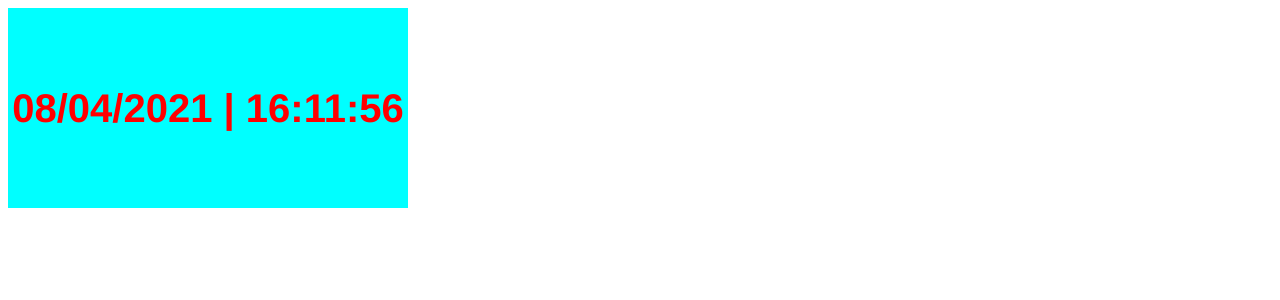
Repository: Widzisz/zadania-JavaScript
Page: www/index.html
An editor plug-in stored every save of this project. The page is shown before and after the next save, followed by the edit.
The browser window is 1280 px wide. The pictures show the whole page.

Above is the page before, as saved 2021-04-08 18:32:22.

After the next save:
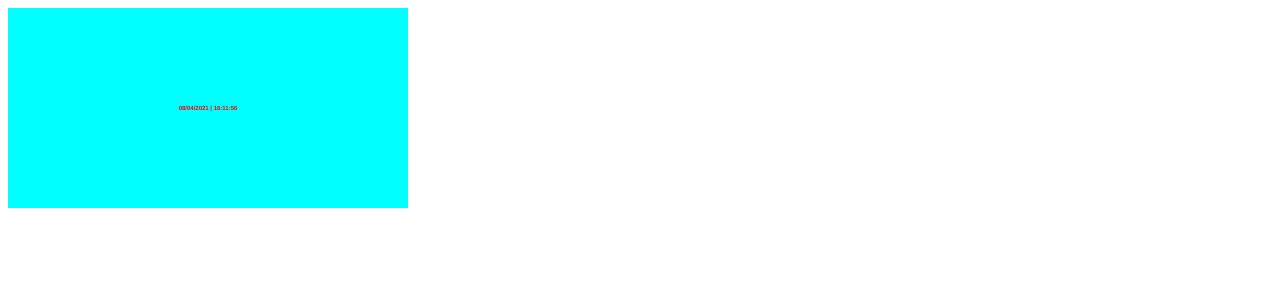
Saved 8 s later.
--- a/www/main.css
+++ b/www/main.css
@@ -9,7 +9,7 @@
 
 #zegar {
     font-family: 'Franklin Gothic Medium', 'Arial Narrow', Arial, sans-serif;
-    font-size: 40px;
+    font-size: 20%;
     font-weight: bold;
     color: red;
 
